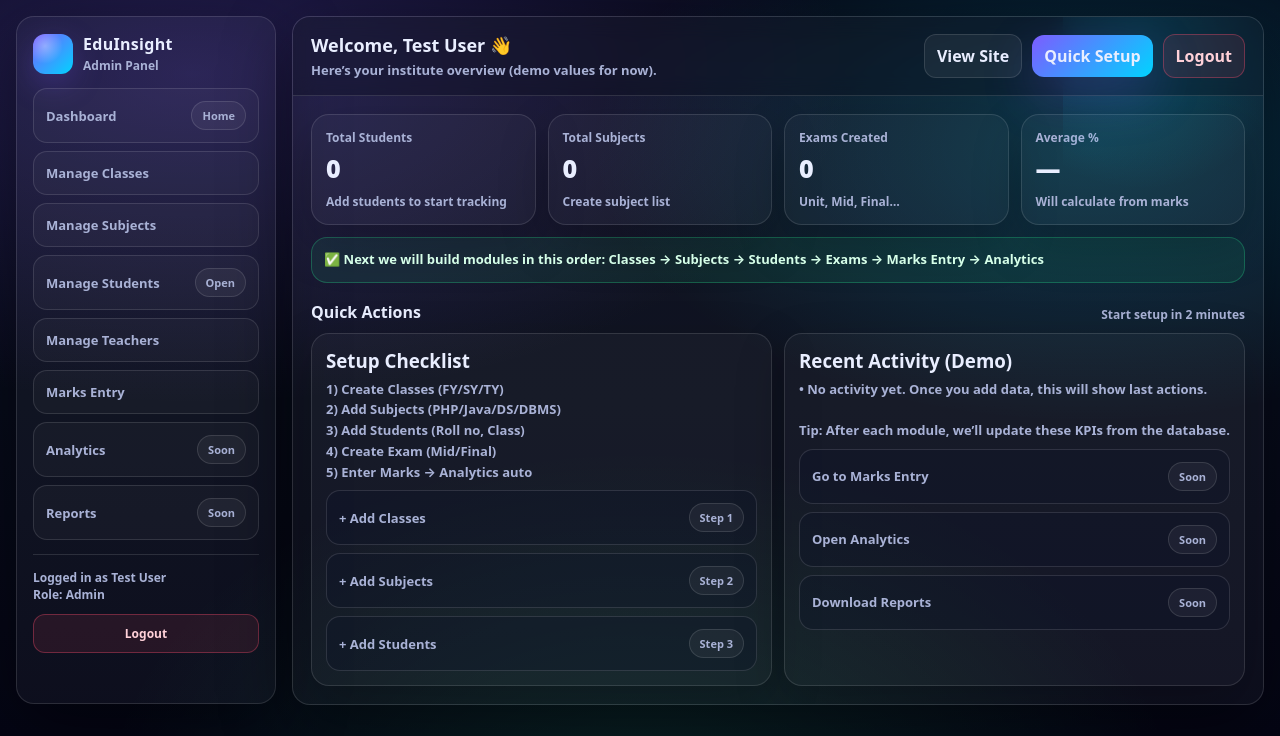
Repository: Kaifclash/EduInsight
Page: http://localhost/dashboard/admin_dashboard.php
An editor plug-in stored every save of this project. The page is shown before and after the next save, followed by the edit.
The browser window is 1280 px wide. The pictures show the whole page.
The page is run by PHP 8.4 with error messages shown; the project is at /var/www/html/. The session is filled in as if someone had signed in: {"user_id": 1, "role": "admin", "full_name": "Test User"}.

Above is the page before, as saved 2026-02-14 21:31:35.

After the next save:
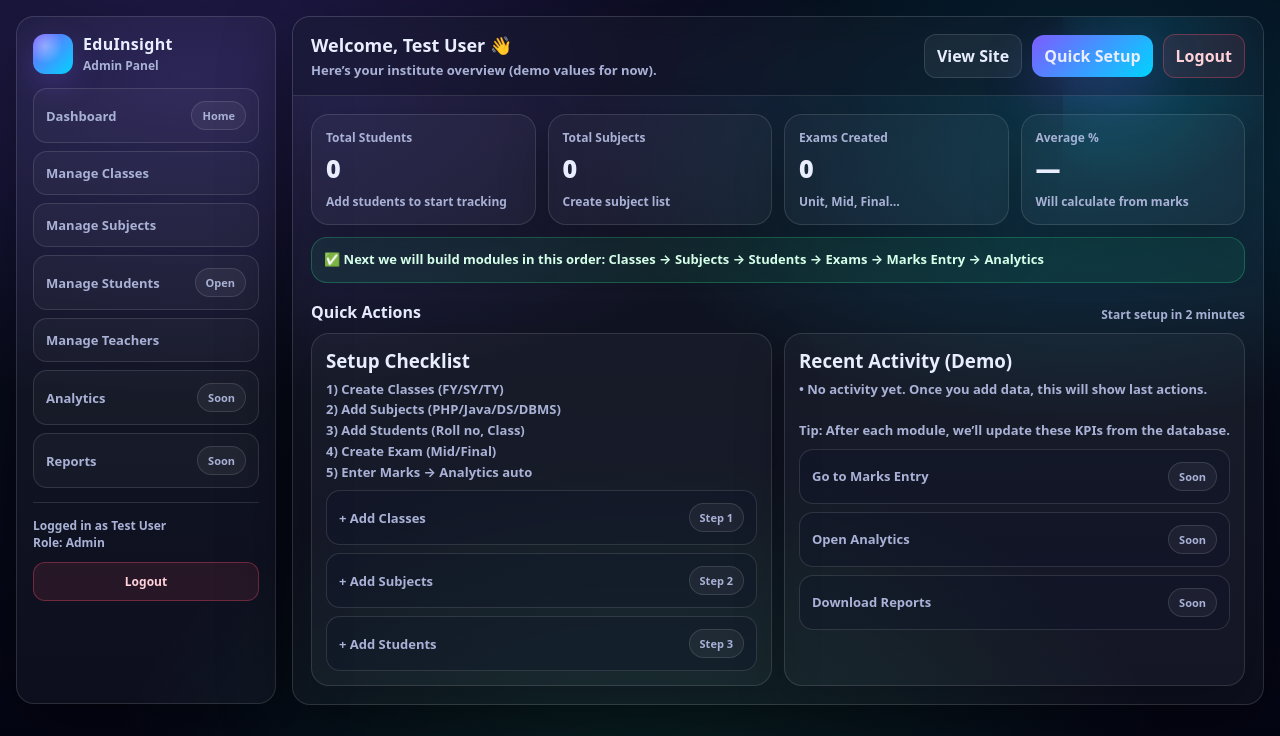
Saved 4 s later.
--- a/dashboard/admin_dashboard.php
+++ b/dashboard/admin_dashboard.php
@@ -320,7 +320,7 @@ $fullName = $_SESSION["full_name"] ?? "Admin";
         <a href="subjects.php">Manage Subjects</a>
         <a href="students.php">Manage Students <span class="pill">Open</span></a>
         <a href="teachers.php">Manage Teachers</a>
-        <a href="marks_entry.php">Marks Entry</a>
+        <!-- <a href="marks_entry.php">Marks Entry</a> -->
 
         <a href="#" onclick="return comingSoon('Analytics');">Analytics <span class="pill">Soon</span></a>
         <a href="#" onclick="return comingSoon('Reports');">Reports <span class="pill">Soon</span></a>
